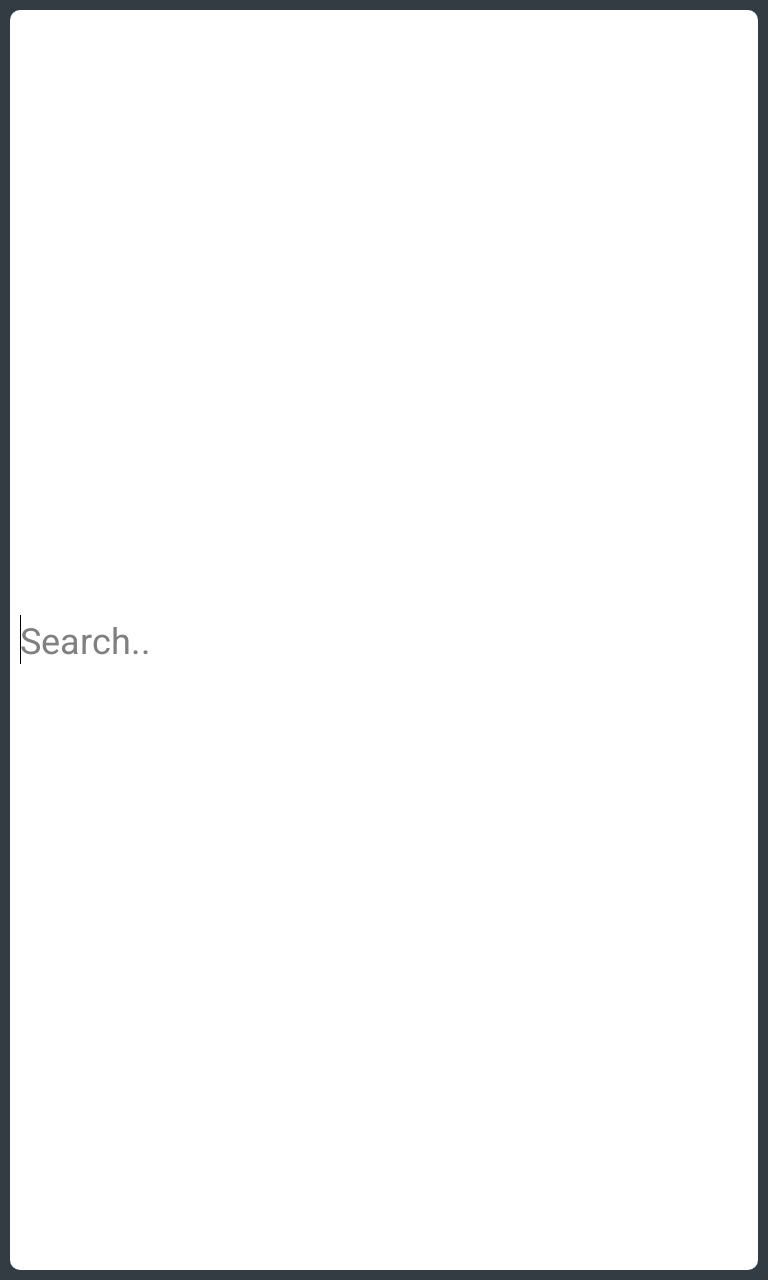
Repository: easyCZ/UoE-Projects
Layout: UG3-SELP/res/layout/action_bar_drawer.xml
These files come from the project's save history. The layout is drawn as it stood at one moment and after the next save; the edit follows.
It is drawn on a 768 x 1280 px phone screen (xhdpi) without system bars, with theme android:Theme.Black.NoTitleBar; the app's code is not run.

Above is the layout before, as saved 2013-12-05 14:39:49.

After the next save:
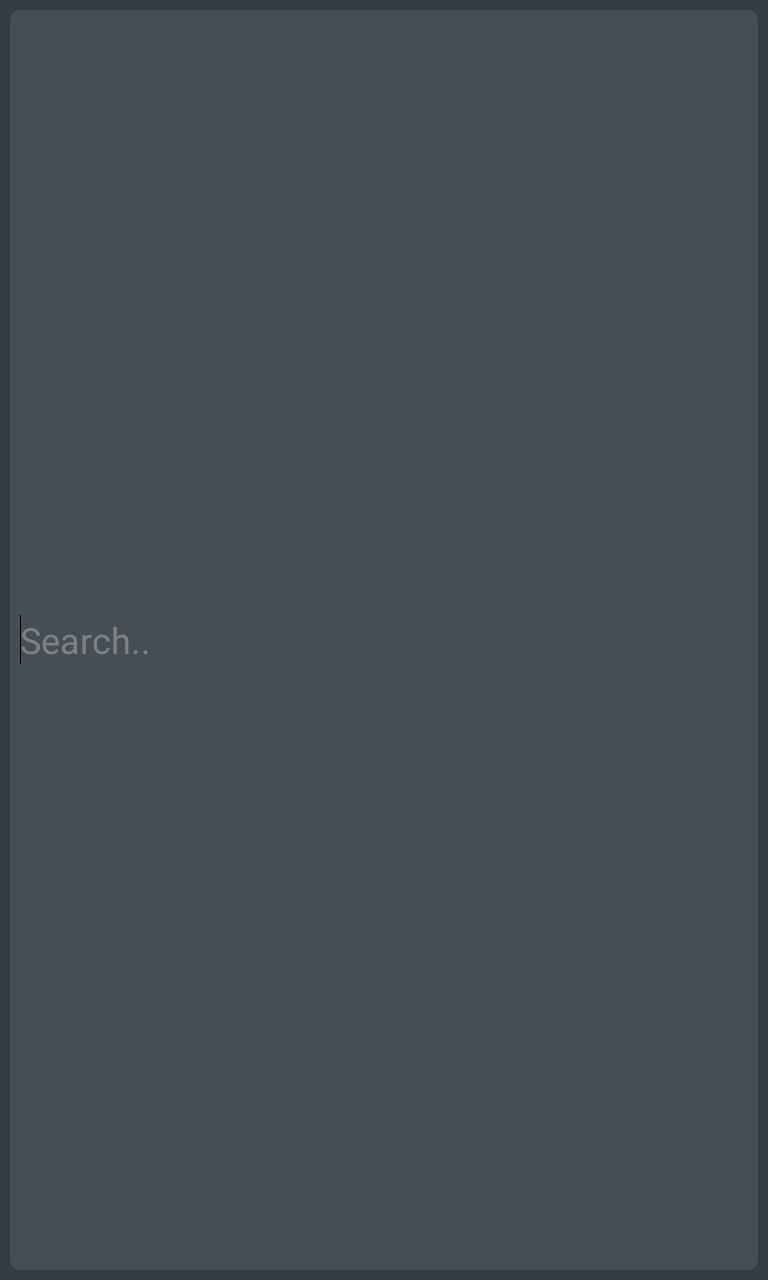
Saved 50 s later.
--- a/UG3-SELP/res/drawable/search_field.xml
+++ b/UG3-SELP/res/drawable/search_field.xml
@@ -4,7 +4,7 @@
     xmlns:android="http://schemas.android.com/apk/res/android"
 	android:shape="rectangle" android:padding="10dp">
  	<solid
- 	    android:color="@color/white"/>
+ 	    android:color="@color/sidebarBG"/>
     <corners
      	android:bottomRightRadius="5dp"
      	android:bottomLeftRadius="5dp"
